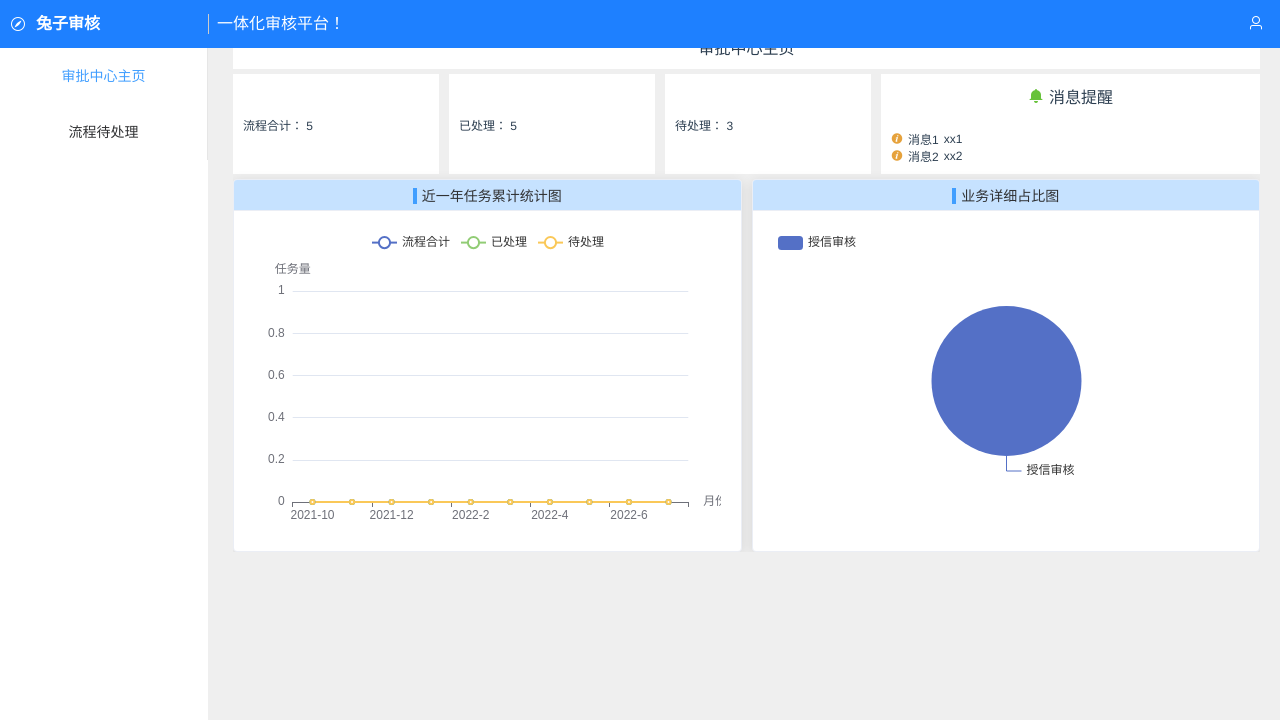
Repository: lucky-LoL735/lois
Page: / (app in project-audit/)
These files come from the project's save history. The page is drawn as it stood at one moment and after a run of saves; the edit follows.
The browser window is 1280 px wide. The pictures show the whole page.
The project was rebuilt for these pictures with package versions that can differ from the ones it lists, and the page was loaded fresh each time. Also part of the build but not shown: project-audit/vue.config.js, project-audit/src/views/ToDo.vue, project-audit/src/views/LogDetail.vue, project-audit/src/views/FlowView.vue, project-audit/src/views/HandleTask.vue, project-audit/src/views/SeeLog.vue.

Above is the page before, as saved 2022-11-17 17:13:47.

After the next 2 saves:
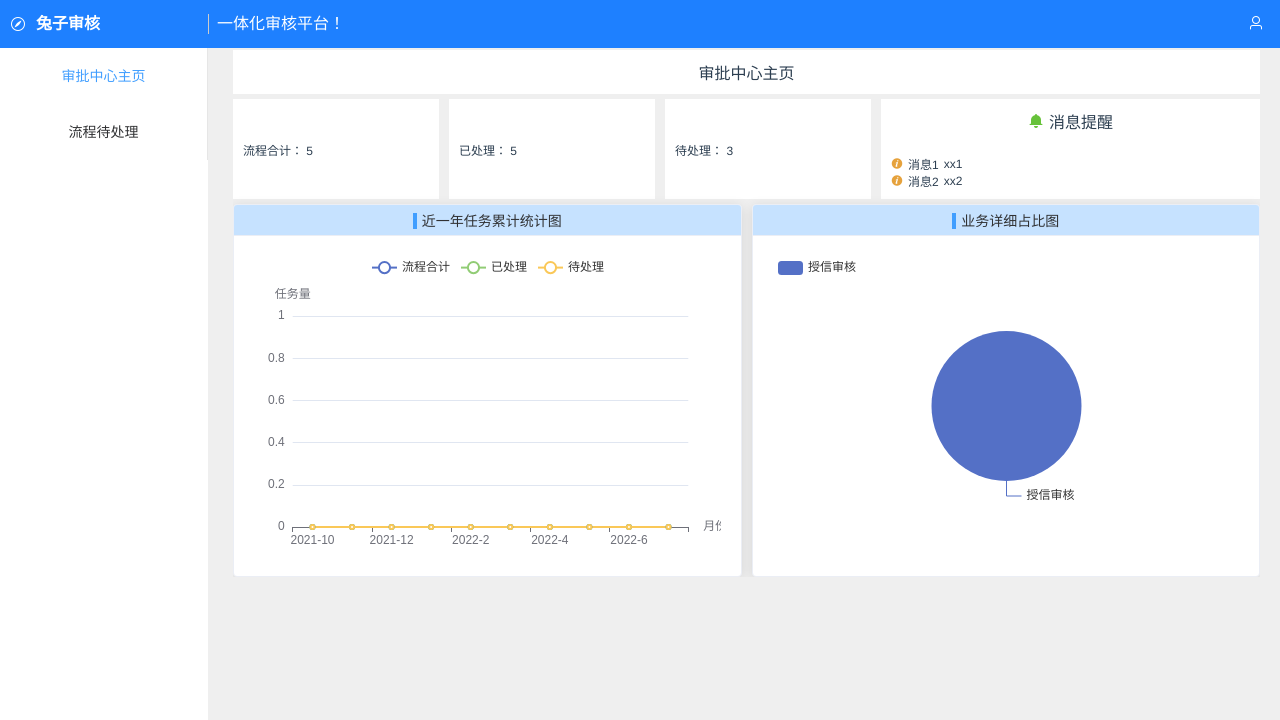
The 2 saves are shown as one change because they came seconds apart.
The last was saved 7 s later.
--- a/project-audit/src/views/HomeView.vue
+++ b/project-audit/src/views/HomeView.vue
@@ -164,7 +164,7 @@ export default ({
 <style lang="scss" scoped>
 .home {
   overflow: hidden;
-  margin-top: 5px ;
+  margin-top: 30px ;
 }
 
 .same {
